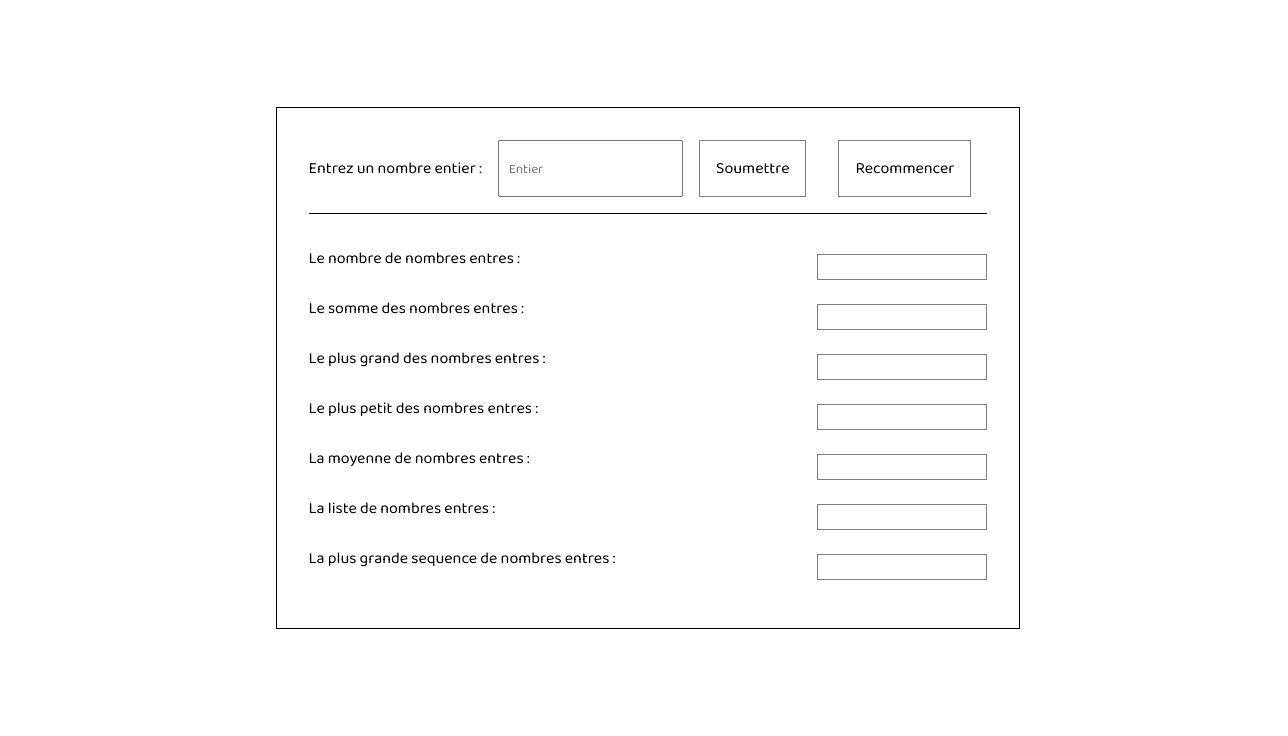
Repository: Thomas088/asbl-proforma
Page: exercices/js/ex-01/index.html
The author's editor kept a copy of each file at every save. The page is drawn from the files as they stood at one save, then again after the next save.
The browser window is 1280 px wide. The page is 1288 px wide, so the pictures cover 1288 px, including what lies to the right of the window. The pictures show the whole page.

Above is the page before, as saved 2020-03-20 03:01:01.

After the next save:
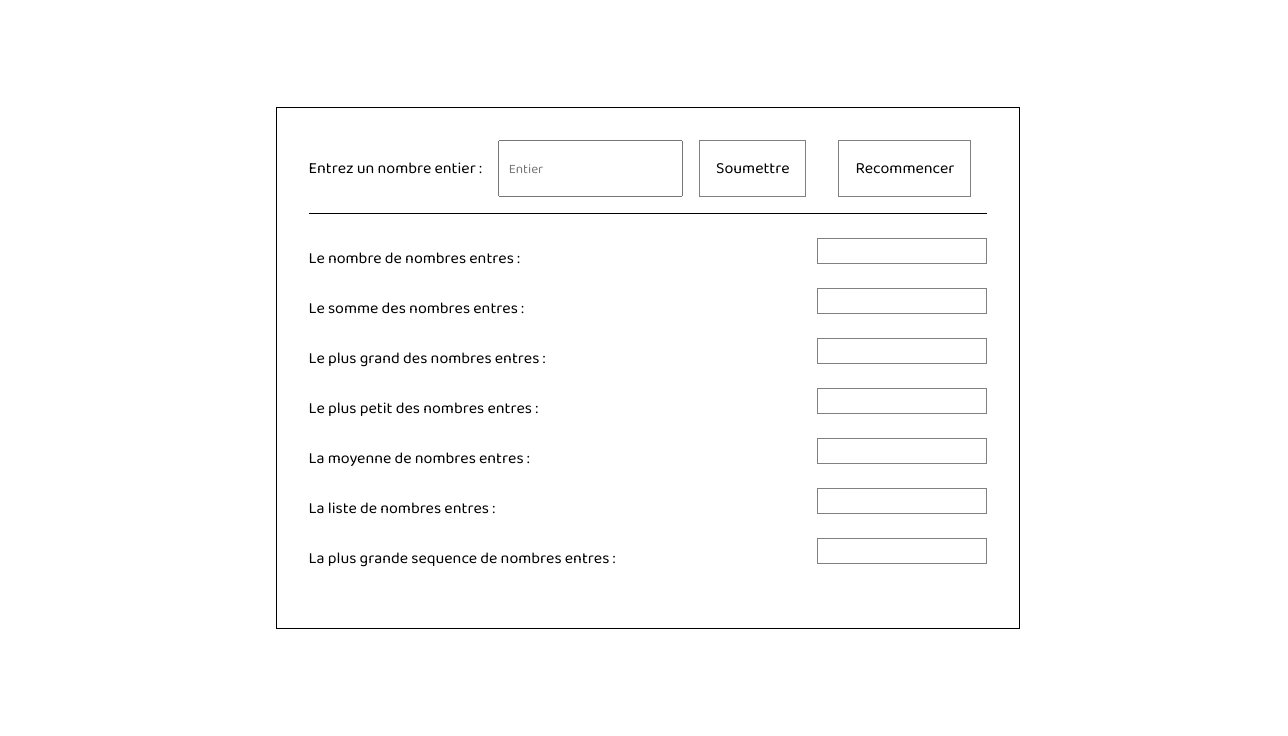
Saved 34 s later.
--- a/exercices/js/ex-01/style.css
+++ b/exercices/js/ex-01/style.css
@@ -47,6 +47,8 @@ body {
     padding-left: 0.5rem;
     justify-content: center;
     align-items: center;
+    position: relative;
+    bottom: 1rem;
     border: 1px solid gray;
 }
 
